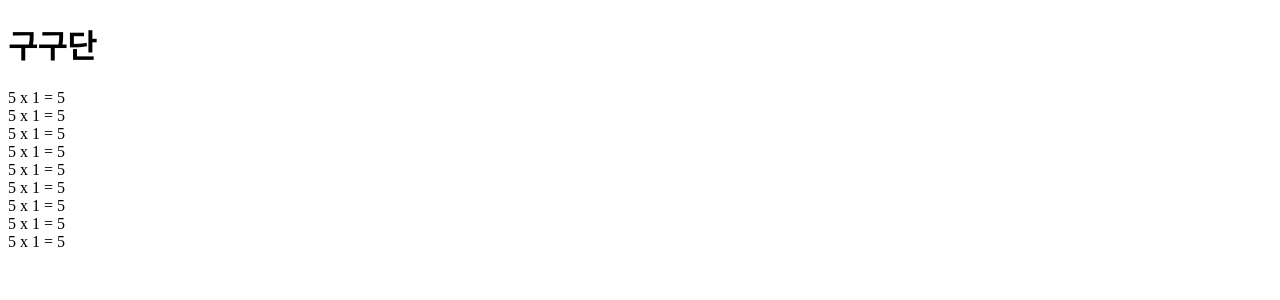
Repository: githubdohun/JSP
Page: http://localhost/JSPTest/ex04.jsp
The author's editor kept a copy of each file at every save. The page is drawn from the files as they stood at one save, then again after the next save.
The browser window is 1280 px wide. The pictures show the whole page.
The page is served by Tomcat 9.

Above is the page before, as saved 2023-10-17 05:31:47.

After the next save:
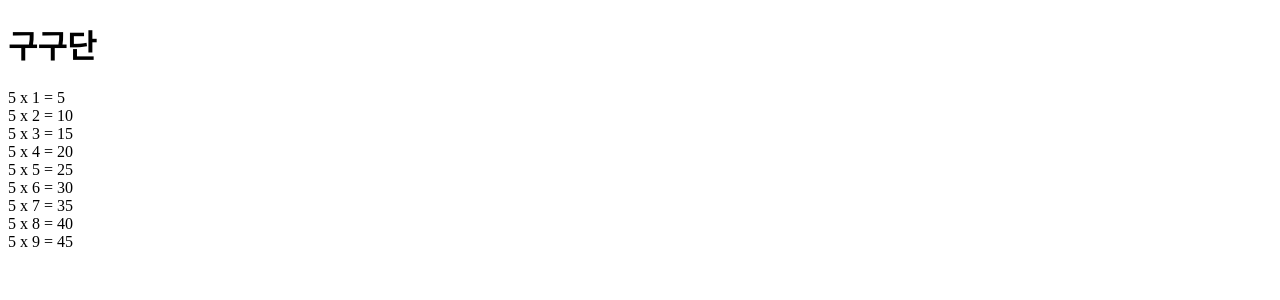
Saved 68 s later.
--- a/JSPTest/src/main/webapp/ex04.jsp
+++ b/JSPTest/src/main/webapp/ex04.jsp
@@ -16,7 +16,7 @@
 	<%
 		for (int i=1; i<=9; i++) {
 	%>
-			<div>5 x 1 = 5</div>
+			<div><%= dan %> x <%= i %> = <%= dan * i %></div>
 	<%
 		}
 	%>
